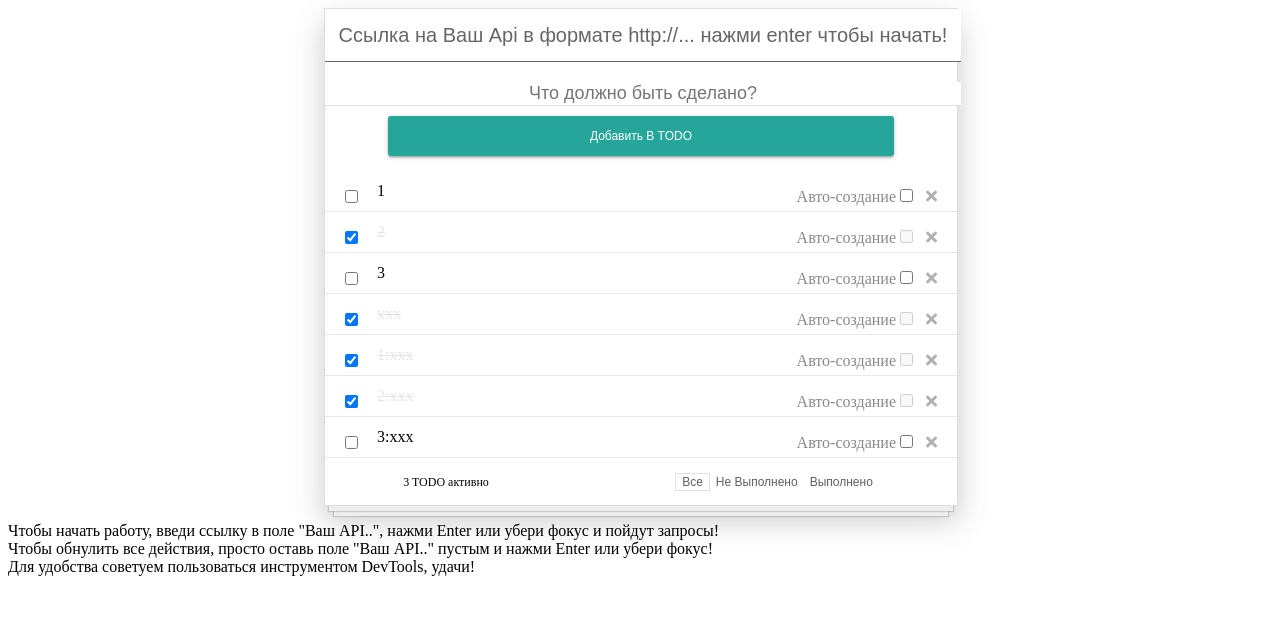
Repository: AntonBrock/taskTodo_for-backend
Page: /
An editor plug-in stored every save of this project. The page is shown before and after a run of saves, followed by the edit.
The browser window is 1280 px wide. The pictures show the whole page.
Some web libraries are served in a nearby version. The project was rebuilt for these pictures with package versions that can differ from the ones it lists, and the page was loaded fresh each time.

Above is the page before, as saved 2019-04-30 10:47:22.

After the next 2 saves:
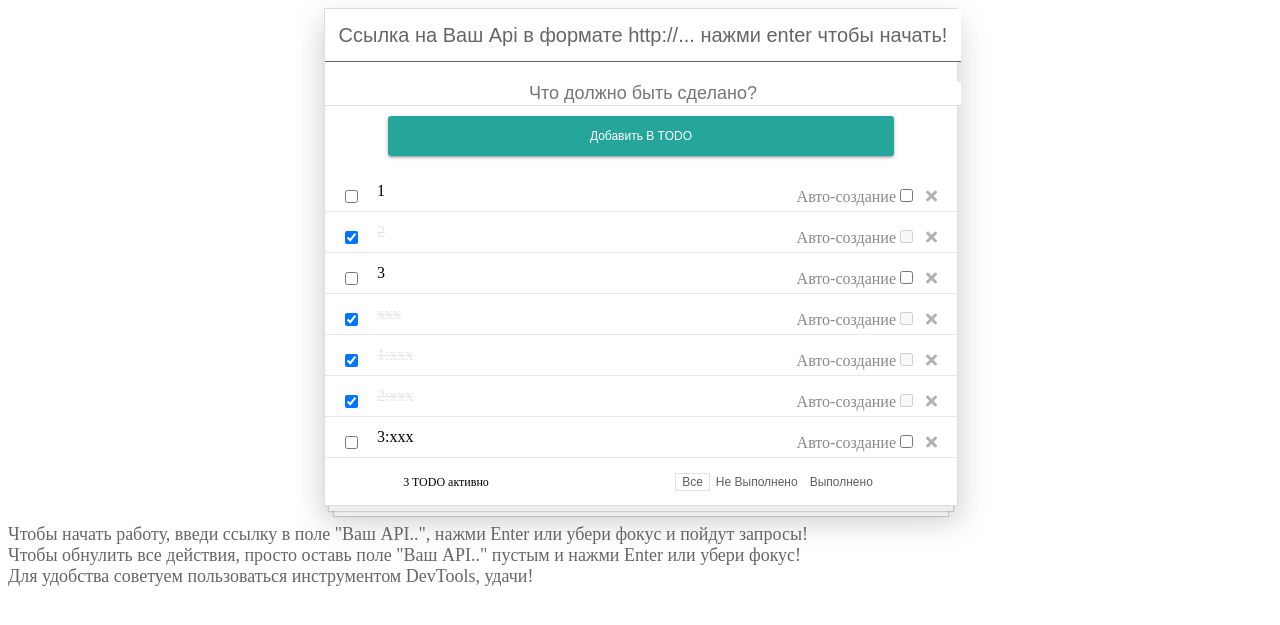
The 2 saves are shown as one change because 1 did not build or start.
The last was saved 37 s later.
--- a/src/App.vue
+++ b/src/App.vue
@@ -17,4 +17,8 @@ export default {
 </script>
 
 <style lang="stylus">
+  .helpText
+    color: #666
+    font-size 18px
+
 </style>
